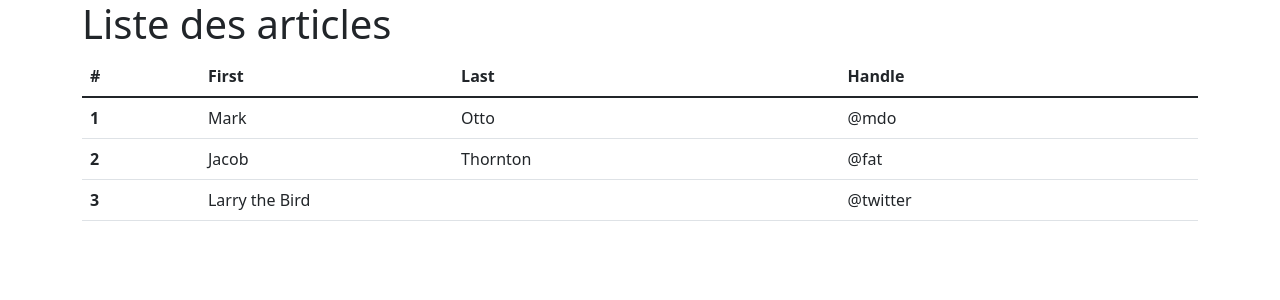
Repository: QuentinFayt/NewsWeb
Page: sources/adminNewsWeb/articlesList.html
The author's editor kept a copy of each file at every save. The page is drawn from the files as they stood at one save, then again after the next save.
The browser window is 1280 px wide. The pictures show the whole page.

Above is the page before, as saved 2021-12-23 11:51:25.

After the next save:
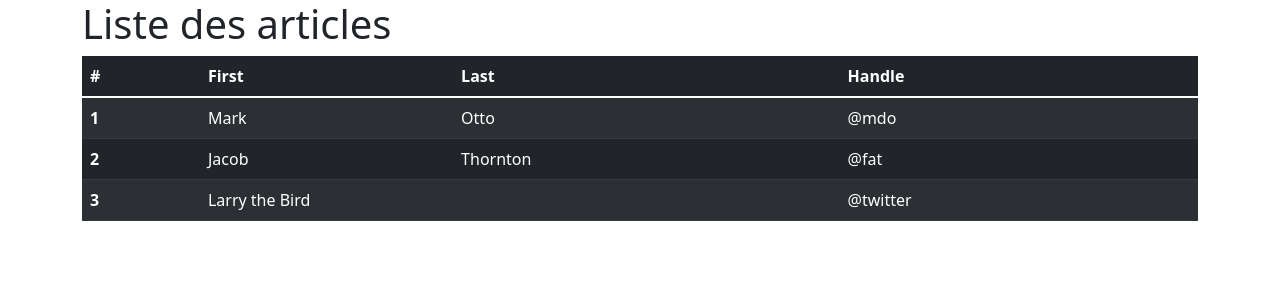
Saved 20 s later.
--- a/sources/adminNewsWeb/articlesList.html
+++ b/sources/adminNewsWeb/articlesList.html
@@ -11,7 +11,7 @@
 <body>
     <main class="container">
         <h1>Liste des articles</h1>
-        <table class="table">
+        <table class="table table-dark table-striped">
             <thead>
                 <tr>
                     <th scope="col">#</th>
